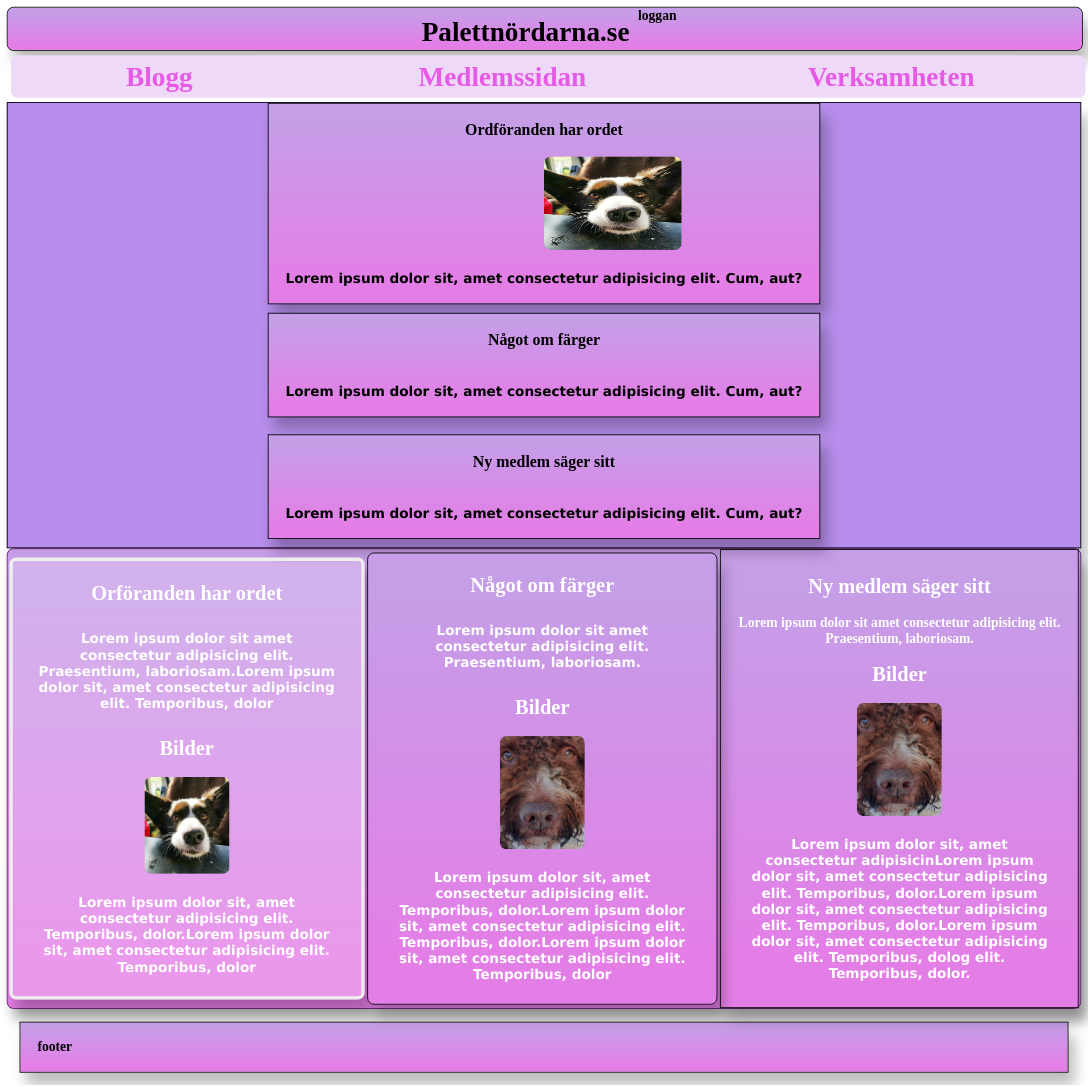
Repository: Webutveckling-20-21/lektion-3-CSS
Page: index.html
The author's editor kept a copy of each file at every save. The page is drawn from the files as they stood at one save, then again after the next save.
The browser window is 1280 px wide. The pictures show the whole page, at 85% of full size.
Some web fonts or font styles are not loaded; a fallback is used.

Above is the page before, as saved 2021-10-02 16:17:26.

### index.html
<!DOCTYPE html>
<html lang="en">

<head>
    <meta charset="UTF-8">
    <meta http-equiv="X-UA-Compatible" content="IE=edge">
    <meta name="viewport" content="width=device-width, initial-scale=1.0">
    <link rel="stylesheet" href="style.css">
    <title>lektion 3</title>
</head>

<body>
    <div class="header">
       <h1>Palettnördarna.se</h1>
       <div class="logo">
           loggan
       </div>

    </div>

    <ul class="navbar">

            <li class="nav-list"> <a href="index.html">Blogg</a></li>
            <li><a href="#">Medlemssidan</a></li>
            <li><a href="#">Verksamheten</a></li>

        </ul>

    <div class="main-center">

        <div class="article1">
            <h3>Ordföranden har ordet</h3>
            <img src="images/ord.jpg" class="thumbnail" height="110" width="110" alt="Bild på ordföranden">
            <p>Lorem ipsum dolor sit, amet consectetur adipisicing elit. Cum, aut?</p>
        </div>
        <div class="article2">
            <h3>Något om färger</h3>
            <p>Lorem ipsum dolor sit, amet consectetur adipisicing elit. Cum, aut?</p>
        </div>
        <div class="article3">
            <h3>Ny medlem säger sitt</h3>
            <p>Lorem ipsum dolor sit, amet consectetur adipisicing elit. Cum, aut?</p>
        </div>
    </div>
    <div class="box">
        <div class="blue">
            <h2>Orföranden har ordet</h2>
            <p>Lorem ipsum dolor sit amet consectetur adipisicing elit. Praesentium, laboriosam.Lorem ipsum dolor sit, amet consectetur adipisicing elit. Temporibus, dolor </p>
            <div class="images">
                <h2>Bilder</h2>
                <img src="images/ord.jpg" alt="bild">
                <p>Lorem ipsum dolor sit, amet consectetur adipisicing elit. Temporibus, dolor.Lorem ipsum dolor sit, amet consectetur adipisicing elit. Temporibus, dolor</p>
            </div>
        </div>
        <div class="green">
            <h2>Något om färger</h2>
            <p>Lorem ipsum dolor sit amet consectetur adipisicing elit. Praesentium, laboriosam. </p>
            <div class="images">
                <h2>Bilder</h2>
                <img src="images/olle.jpg" alt="bild">
                <p>Lorem ipsum dolor sit, amet consectetur adipisicing elit. Temporibus, dolor.Lorem ipsum dolor sit, amet consectetur adipisicing elit. Temporibus, dolor.Lorem ipsum dolor sit, amet consectetur adipisicing elit. Temporibus, dolor</p>
            </div>
        </div>
        <div class="red">
            <h2>Ny medlem säger sitt</h2>
            <div>Lorem ipsum dolor sit amet consectetur adipisicing elit. Praesentium, laboriosam.
                <div class="images">
                    <h2>Bilder</h2>
                    <img src="images/olle.jpg" alt="bild">
                    <p>Lorem ipsum dolor sit, amet consectetur adipisicinLorem ipsum dolor sit, amet consectetur adipisicing elit. Temporibus, dolor.Lorem ipsum dolor sit, amet consectetur adipisicing elit. Temporibus, dolor.Lorem ipsum dolor sit, amet consectetur adipisicing elit. Temporibus, dolog elit. Temporibus, dolor.</p>
                </div>
            </div>
        </div>
    </div>
</body>
<div class="footer-place"> footer</div>





</html>

### style.css
@import url('https://fonts.googleapis.com/css2?family=Grechen+Fuemen&display=swap');

body {
    font-family: 'Grechen Fuemen', cursive;
    font-weight: bolder;
}
.header{
    display:flex;
    width: 100%;
    height:50px;
    border:1px solid black;
    background: linear-gradient(to bottom, #c69de7 10%, #e47ee7 90%);
    box-shadow: 7.6px 15.2px 15.2px hsl(0deg 0% 0% / 0.26);
    border-radius:8px;
    justify-content: center;
}
.header h1 {
    margin:10px;
}

.navbar {
    width: 100%;
    height: 50px;
    display: flex;
    align-items: center;
    justify-content: space-around;
    background-color: #eed9f8;
    margin: 5px;
    border-radius:8px;
}

ul {

    list-style-type: none;
    display: flex;
    margin: 0;
    padding: 0;
    overflow: hidden;
}

.nav-list {
    margin: 5px;
}

a {
    text-decoration: none;
    font-size: 2rem;
    color:rgb(230, 90, 230);

}

a:hover {
    color:rgb(53, 5, 53);
}
.thumbnail:hover {
    position:relative;
    top:-20px;
    left:-30px;
    width:500px;
    height:auto;
    display:block;
    z-index:999;
}
/* <img src="[your hosted image URL]" class="thumbnail" height="100" width="100" />  */



.box {
    background: linear-gradient(to bottom, #c69de7 10%, #e47ee7 90%);
    /* height:200px; */
    display: flex;
    max-width: 100%;
    align-items: center;
    justify-content: center;
    border: 1px solid rgb(86, 5, 102);
    border-radius: 8px;
    flex-wrap: wrap;
    justify-content: center;
    /* opacity: 0.5; */
    box-shadow: 7.6px 15.2px 15.2px hsl(0deg 0% 0% / 0.26);
}

.blue {

   /* background: linear-gradient(to bottom, #c69de7 10%, #e47ee7 90%);*/
    max-width: 400px;
    background-color:rgba(255,255,255,0.2) ;
    margin: auto;
    border: 4px solid rgb(241, 238, 238);
    color: white;
    text-align: center;
    border-radius: 8px;
    justify-content: center;
    padding: 5px;
    box-shadow: 7.6px 15.2px 15.2px hsl(0deg 0% 0% / 0.26);


}

.green {

    background: linear-gradient(to bottom, #c69de7 10%, #e47ee7 90%);
    max-width: 400px;
    margin: auto;
    border: 1px solid black;
    color: white;
    text-align: center;
    border-radius: 8px;
    justify-content: center;
    padding: 5px;
    box-shadow: 7.6px 15.2px 15.2px hsl(0deg 0% 0% / 0.26);


}

.red {

    /*background: linear-gradient(to bottom, #c69de7 10%, #e47ee7 90%);*/
    max-width: 400px;
    margin: auto;
    color: white;
    text-align: center;
    border: 1px solid black;
    background:rgba(255,255,255,0.1)

    border-radius: 8px;
    justify-content: center;
    padding: 10px;
    box-shadow: 7.6px 15.2px 15.2px hsl(0deg 0% 0% / 0.26);

}

img {
    width: 25%;
    border-radius: 8px;
    max-width: 300px;
    margin: auto;
}

h2 {
    justify-content: center;
}

.main-center h3 {
    justify-content: center;
}

.main-center {
    display: flex;
    flex-direction: row;
    flex-wrap: wrap;
    border: 1px solid black;
    align-items: center;
    justify-content: center;
    background-color: rgb(183, 142, 236);
    box-shadow: 7.6px 15.2px 15.2px hsl(0deg 0% 0% / 0.26);
}

.article1{
    margin: 10;
    border: 1px solid black;
    justify-content: center;
    align-items: center;
    background: linear-gradient(to bottom, #c69de7 10%, #e47ee7 90%);
    box-shadow: 7.6px 15.2px 15.2px hsl(0deg 0% 0% / 0.26);

}
.article1 img {
    border-radius: 8px;
    margin-left: 50% ;
    margin-right: -50% ;

}

.article2 {
    margin: 10px;
    border: 1px solid black;
    justify-content: center;
    align-items: center;

    box-shadow: 7.6px 15.2px 15.2px hsl(0deg 0% 0% / 0.26);
    background: linear-gradient(to bottom, #c69de7 10%, #e47ee7 90%);

}

.article3 {
    margin: 10px;
    border: 1px solid black;
    justify-content: center;
    align-items: center;
    background: linear-gradient(to bottom, #c69de7 10%, #e47ee7 90%);
    box-shadow: 7.6px 15.2px 15.2px hsl(0deg 0% 0% / 0.26);
}

h3 {
    margin: auto;
}

p {
    text-align: center;
    margin: 10px;
    padding: 10px;
    font-family: 'Lucida Sans', 'Lucida Sans Regular', 'Lucida Grande', 'Lucida Sans Unicode', Geneva, Verdana, sans-serif;

}

h3 {
    padding: 20px;
    text-align: center;
}

.footer-place {
    padding: 20px;
    margin: 15px;
    border: 1px solid black;
    background: linear-gradient(to bottom, #c69de7 10%, #e47ee7 90%);
    box-shadow: 7.6px 15.2px 15.2px hsl(0deg 0% 0% / 0.26);
}

After the next save:
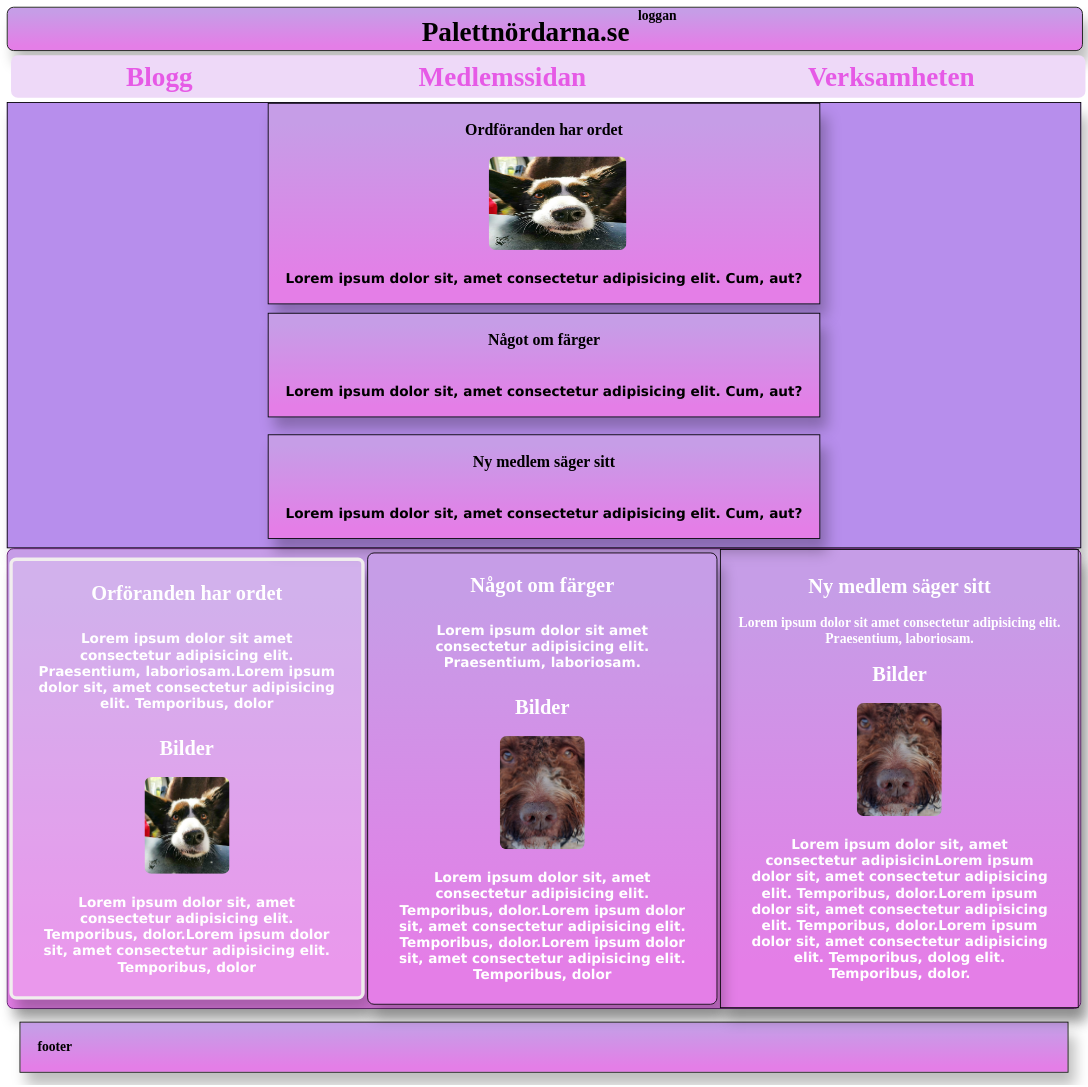
Saved 16 s later.
--- a/style.css
+++ b/style.css
@@ -167,7 +167,7 @@ h2 {
 }
 .article1 img {
     border-radius: 8px;
-    margin-left: 50% ;
+    margin-left: 40% ;
     margin-right: -50% ;
 
 }
